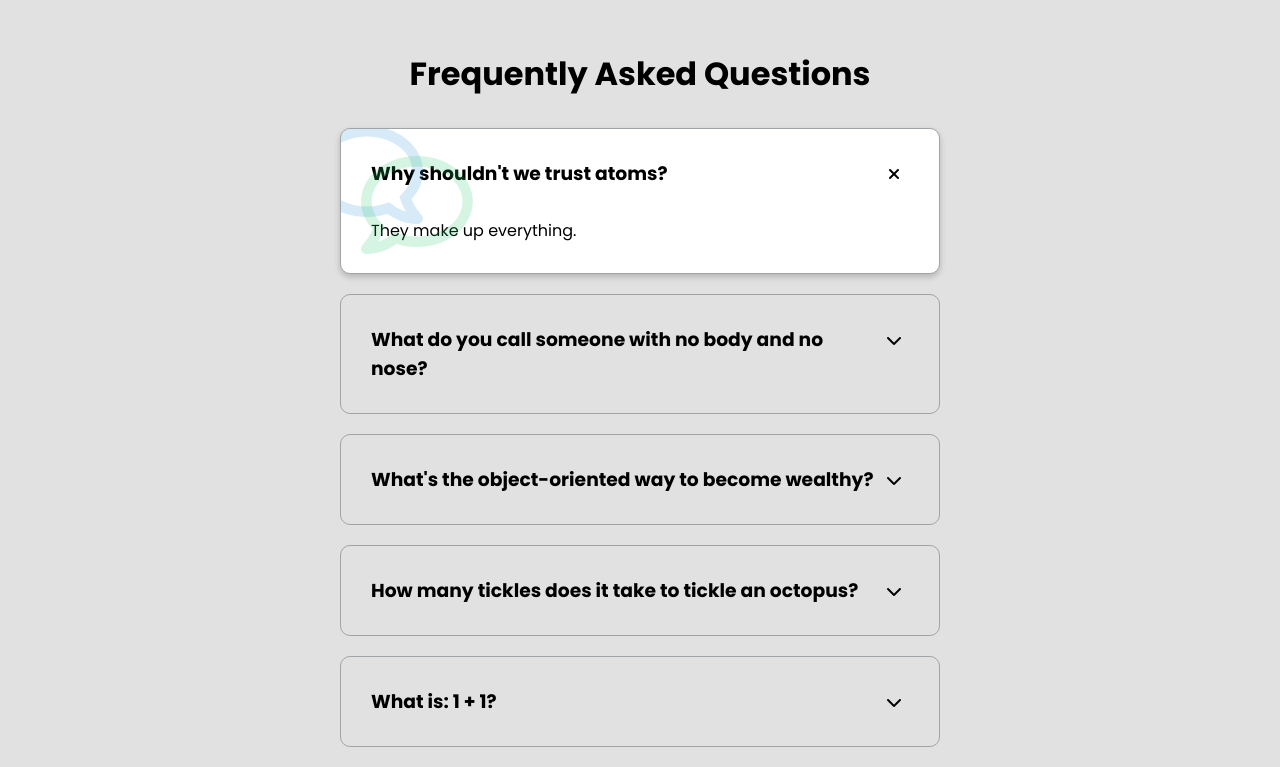
Repository: huynhvanngoan/50projectsin50days
Page: Day12/index.html
An editor plug-in stored every save of this project. The page is shown before and after a run of saves, followed by the edit.
The browser window is 1280 px wide. The pictures show the whole page.

Above is the page before, as saved 2022-11-14 23:22:57.

After the next 6 saves:
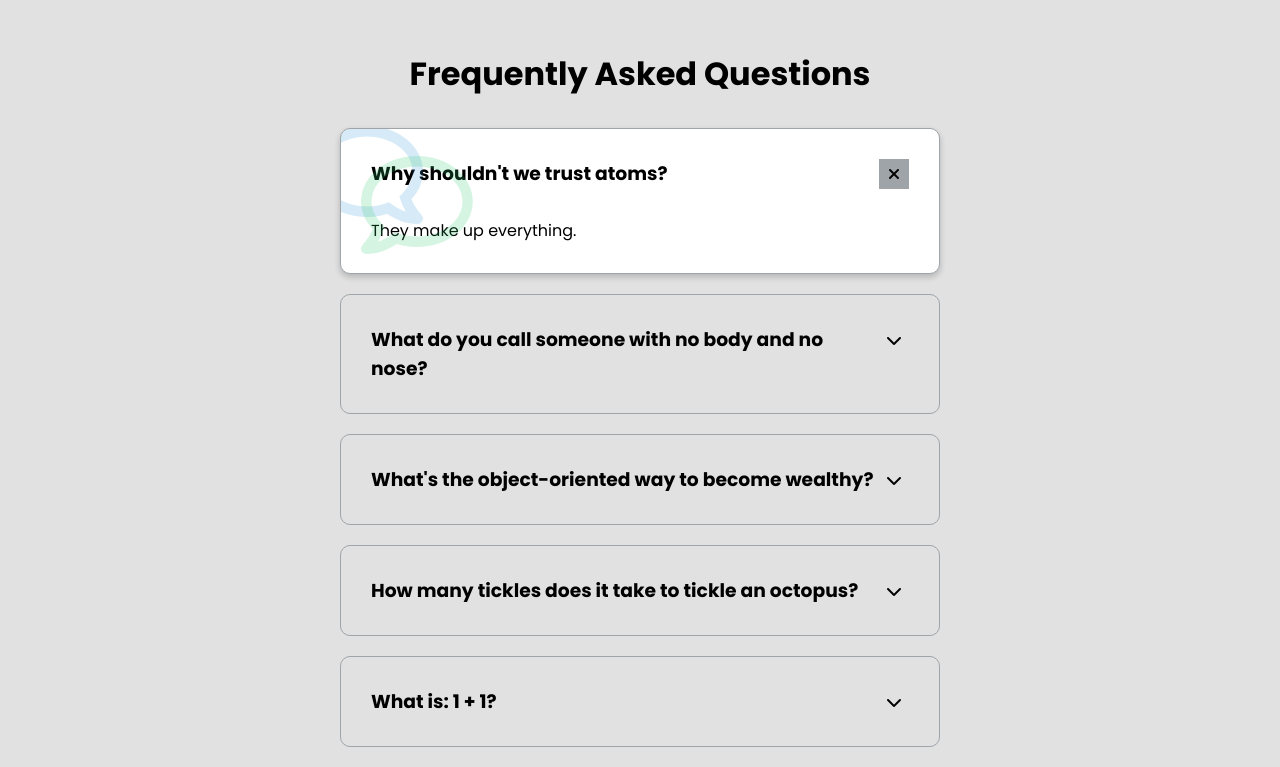
The 6 saves are shown as one change because they came seconds apart.
The last was saved 14 s later.
--- a/Day12/style.css
+++ b/Day12/style.css
@@ -88,5 +88,5 @@ h1{
 }
 
 .faq.active .faq-toggle {
-    background-color: #fff;
+    background-color: #9fa4a8;
 }
